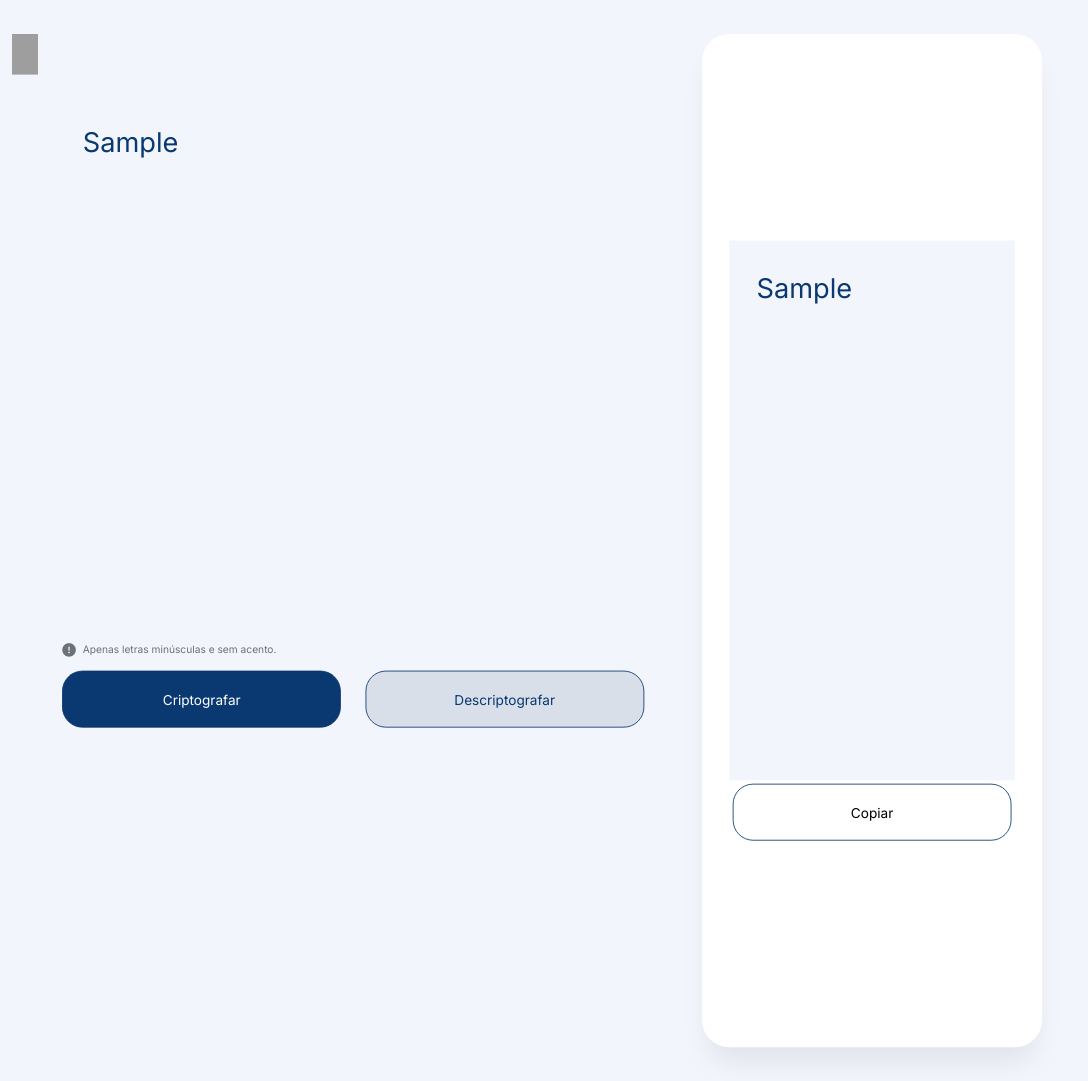
Repository: CarlosEduardoVdeOliveira/descodificador-de-texto
Page: index.html
The author's editor kept a copy of each file at every save. The page is drawn from the files as they stood at one save, then again after the next save.
The browser window is 1280 px wide. The pictures show the whole page, at 85% of full size.
Empty fields were first filled with sample values (such as "Sample", 5 or name@example.com).
After loading, the first visible `button.button-cryptography` was clicked once.
Pictures or frames that could not be fetched are drawn as grey boxes.

Above is the page before, as saved 2023-04-13 10:07:44.

After the next save:
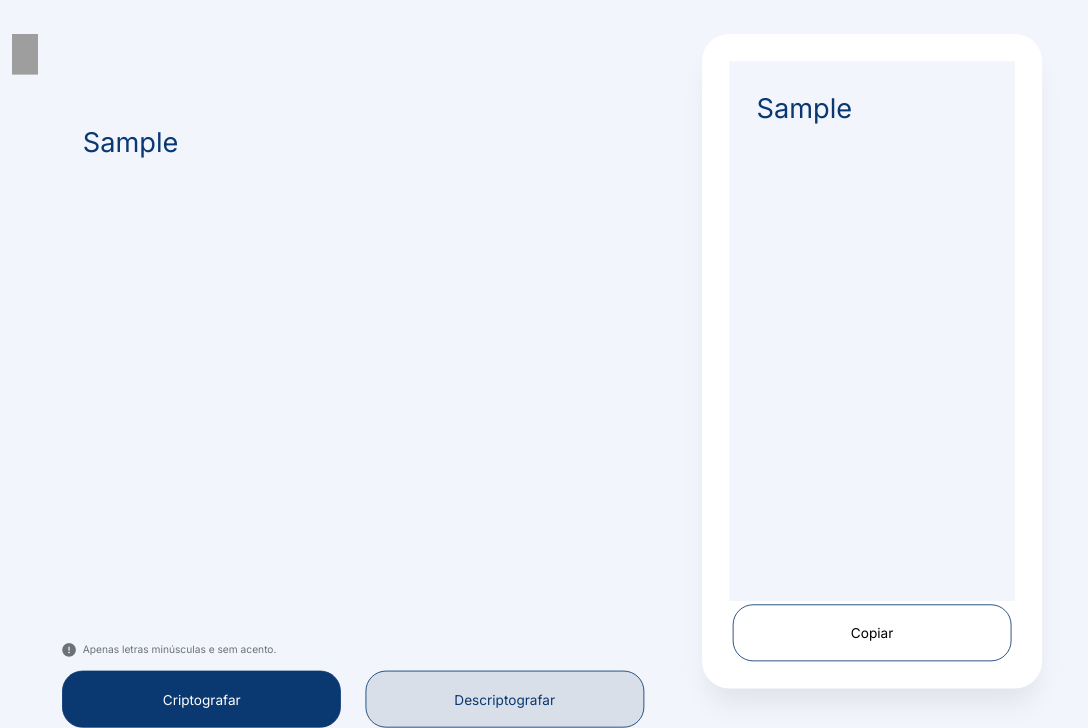
Saved 56 s later.
--- a/public/scripts/index.js
+++ b/public/scripts/index.js
@@ -5,6 +5,7 @@ const buttonDecryption = document.querySelector(".button-decryption");
 
 
 function alterTextCryptionArea(){
+   areaCryption.classList.add("text-cryption-whit-text")
    areaCryption.innerHTML = `
       <textarea class="textarea-output" disabled>${elementTextarea.value}</textarea>
       <button class="button-copy-cryption">Copiar</button>
